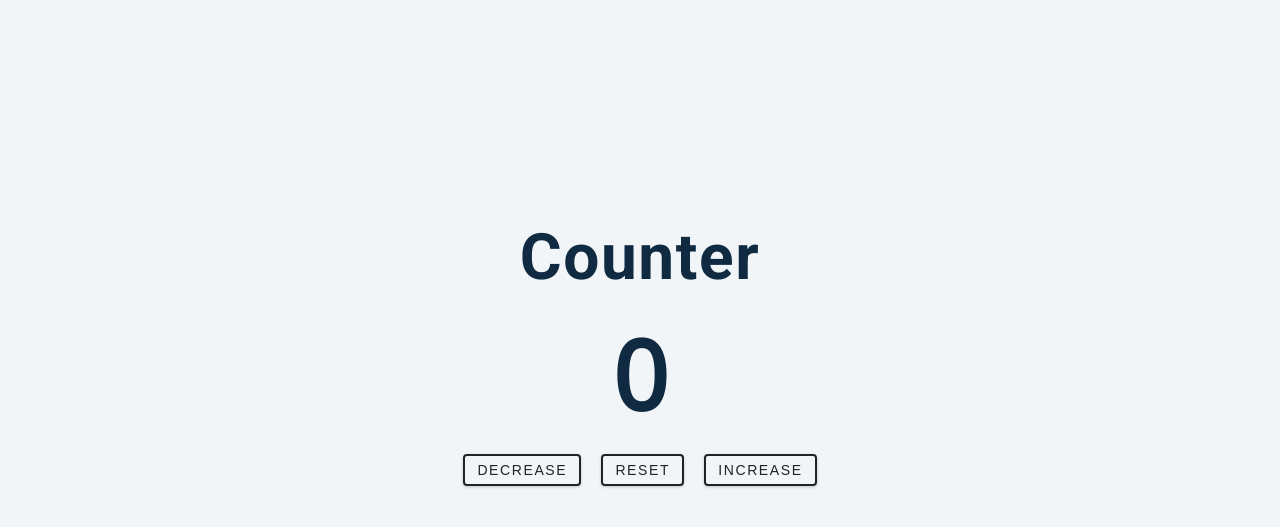
Repository: mosesvk/javascript-basic-projects
Page: 02-counter/setup/index.html
These files come from the project's save history. The page is drawn as it stood at one moment and after the next save; the edit follows.
The browser window is 1280 px wide. The pictures show the whole page.
After loading, the first visible `button.btn` was clicked once.

Above is the page before, as saved 2023-08-24 21:21:24.

After the next save:
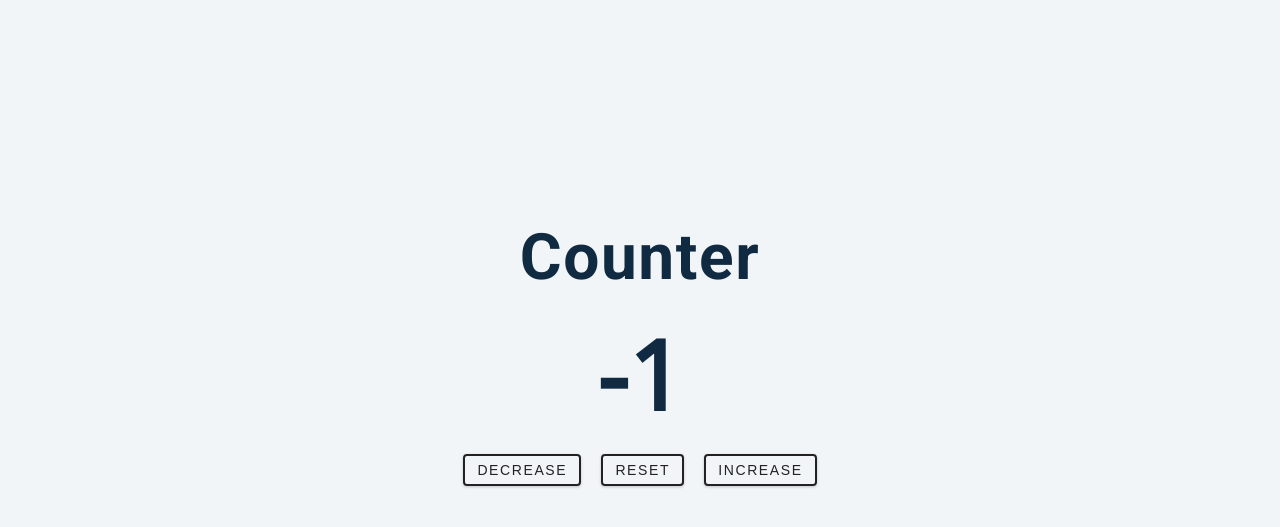
Saved 18 s later.
--- a/02-counter/setup/app.js
+++ b/02-counter/setup/app.js
@@ -1,6 +1,6 @@
 let count = 0
 
-let value = document.querySelector('#value').textContent
+const value = document.querySelector('#value')
 const buttons = document.querySelectorAll('.btn')
 
 buttons.forEach((btn) => {
@@ -15,6 +15,6 @@ buttons.forEach((btn) => {
             count = 0
         }
 
-        value = count
+        value.textContent = count
     })
 })
